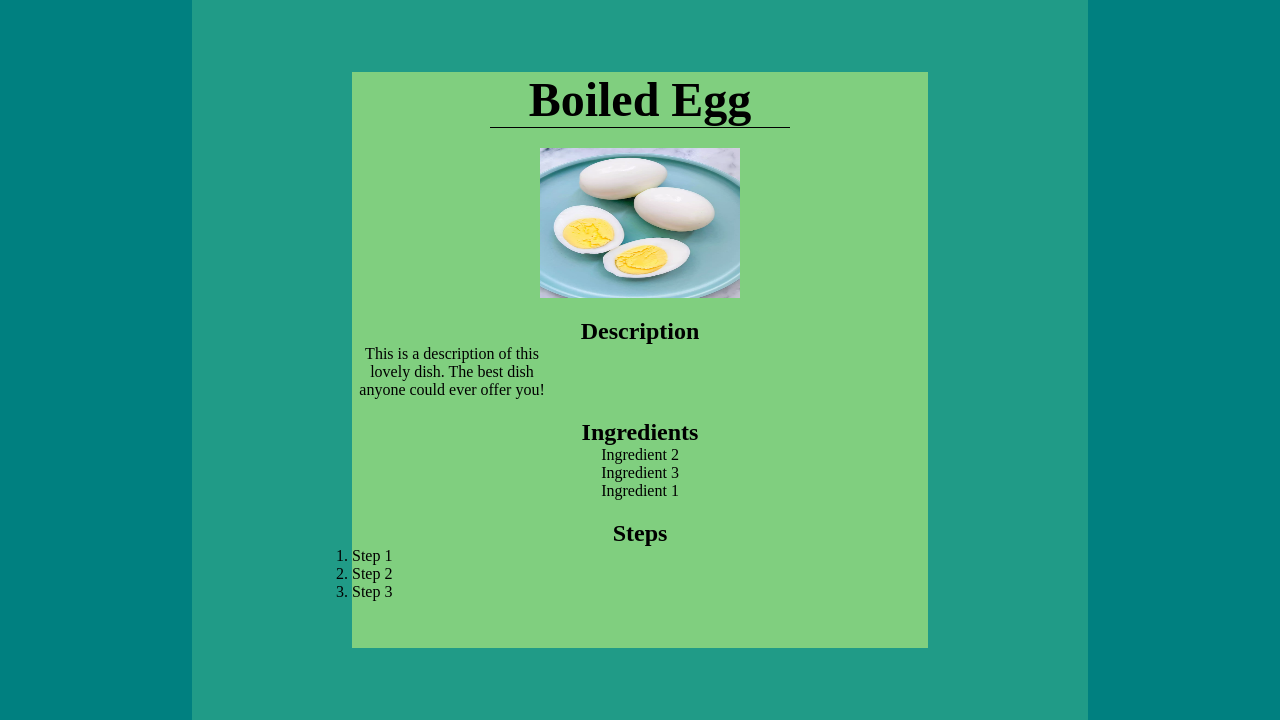
Repository: Pafestivo/odin-recipes
Page: recipes/boiled-egg.html
The author's editor kept a copy of each file at every save. The page is drawn from the files as they stood at one save, then again after the next save.
The browser window is 1280 px wide. The pictures show the whole page.

Above is the page before, as saved 2022-09-24 12:52:31.

### recipes/boiled-egg.html
<!DOCTYPE html>
<html lang="en">
<head>
    <meta charset="UTF-8">
    <meta name="viewport" content="width=device-width, initial-scale=1.0">
    <link rel="stylesheet" href="../css/recipe-styles.css">
    <title>Recipe-Boiled Egg</title>
</head>
<body>
    <div class="container">
        <div class="inner">
            <h1>Boiled Egg</h1>
            <img
            src="../images/boiled-egg.jpg"
            alt="An image of Boiled Egg"
            />
            <h2>Description</h2>
            <p>This is a description of this lovely dish. The best dish anyone could ever offer you!</p>

            <h2>Ingredients</h2>
            <ul>
            <li>Ingredient 2</li>
            <li>Ingredient 3</li>
            <li>Ingredient 1</li>
            </ul>

            <h2>Steps</h2>
            <ol>
            <li>Step 1</li>
            <li>Step 2</li>
            <li>Step 3</li>
            </ol>
        </div> <!-- /inner -->
    </div> <!-- /container -->

</body>
</html>

### css/recipe-styles.css
* {
  box-sizing: border-box;
  padding: 0;
  margin: 0;
}

body {
  font-family: serif;
  background-color: #008080;
  padding: 1;
}

.container {
  background-color: #209B87;
  display: flex;
  width: 70vw;
  height: 100vh;
  padding: 1px;
  margin: 0 auto;
}

.inner {
  background-color: #80CF7F;
  width: 45vw;
  height: 80vh;
  margin: auto;
}

h1 {
  text-align: center;
  font-size: 3rem;
  margin: 0 auto 20px auto;
  border-bottom: 1px solid black;
  width: 300px;
}

img {
  display: block;
  margin: 0 auto;
  width: 200px;
  height: 150px;
}

h2 {
  text-align: center;
  font-size: 1.5rem;
  margin: 20px auto 0 auto;
}

p {
  text-align: center;
  width: 200px;
}

ul {
  list-style: none;
  display: flex;
  align-items: center;
  justify-content: center;
  flex-direction: column;
}

a {
  display: flex;
  justify-content: center;
  align-items: center;
  margin: 30px 0;
  width: 350px;
  font-size: 1.5em;
  height: 45px;
  border-radius: 20px;
  text-decoration: none;
  color: inherit;
  background-color: #F9F871;
  transition: all 0.1s ease-in;
}

a:hover {
  transform: scale(1.1);
}

After the next save:
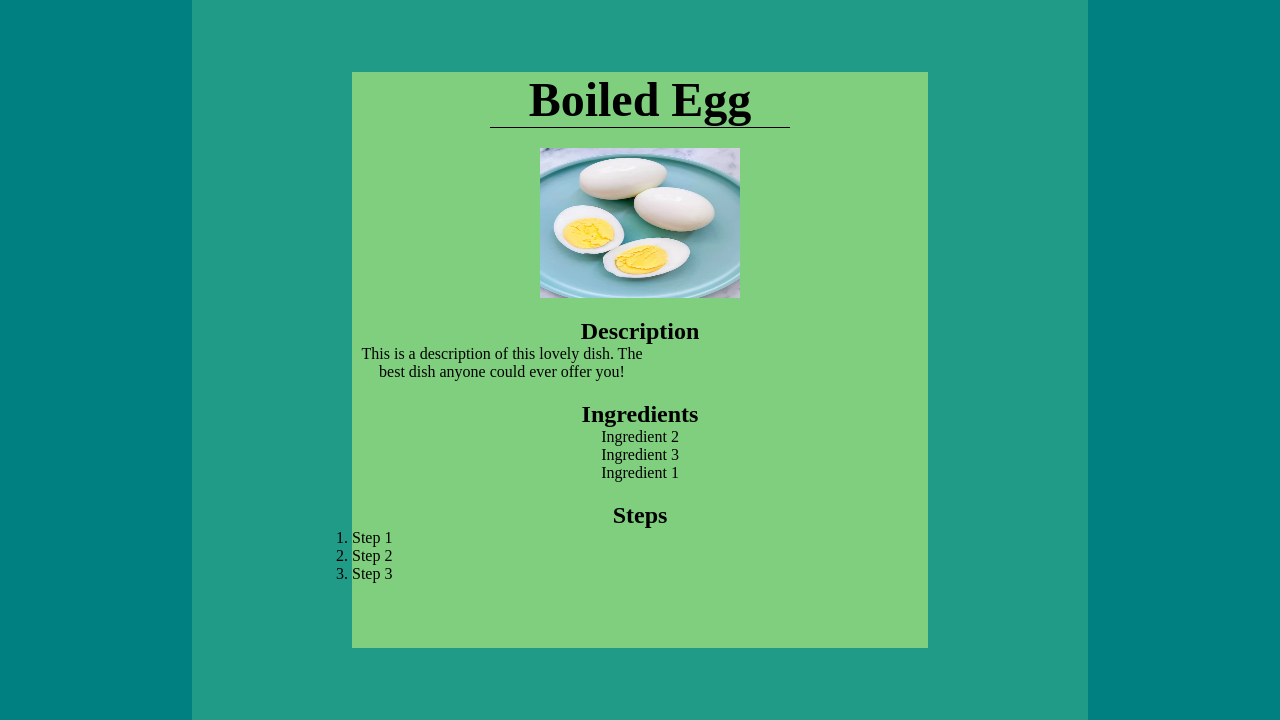
Saved 5 s later.
--- a/css/recipe-styles.css
+++ b/css/recipe-styles.css
@@ -49,7 +49,7 @@ h2 {
 
 p {
   text-align: center;
-  width: 200px;
+  width: 300px;
 }
 
 ul {
